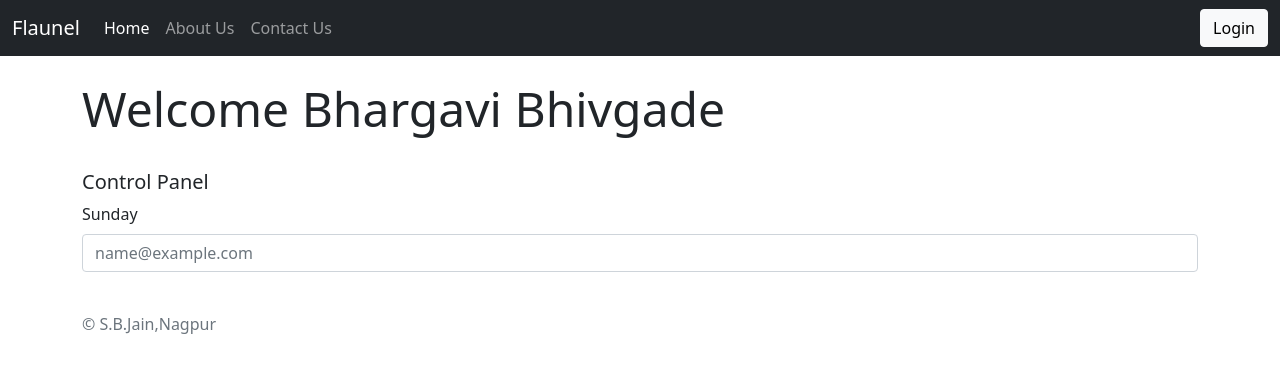
Repository: bhivgadePrajakta/Flaunel--A-LED-Display-Board
Page: http://localhost/home.php
These files come from the project's save history. The page is drawn as it stood at one moment and after the next save; the edit follows.
The browser window is 1280 px wide. The pictures show the whole page.
The page is run by PHP 8.4 with error messages shown; the project is at /var/www/html/.

Above is the page before, as saved 2022-04-30 12:28:04.

After the next save:
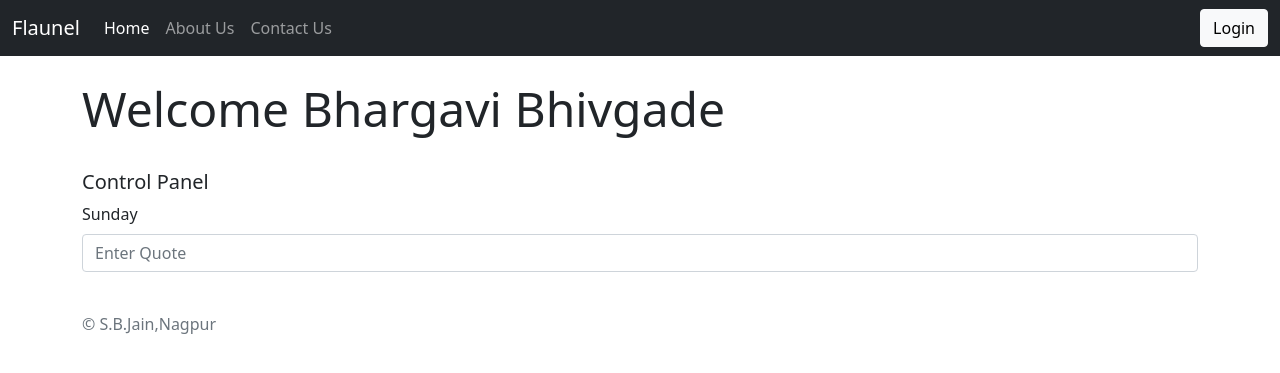
Saved 20 s later.
--- a/home.php
+++ b/home.php
@@ -45,7 +45,7 @@
     <h5>Control Panel</h5>
     <div class="mb-3">
   <label for="sunday" class="form-label">Sunday</label>
-  <input type="email" class="form-control" id="exampleFormControlInput1" placeholder="name@example.com">
+  <input type="text" class="form-control" id="sunday" placeholder="Enter Quote">
 </div>
 
 </div>
